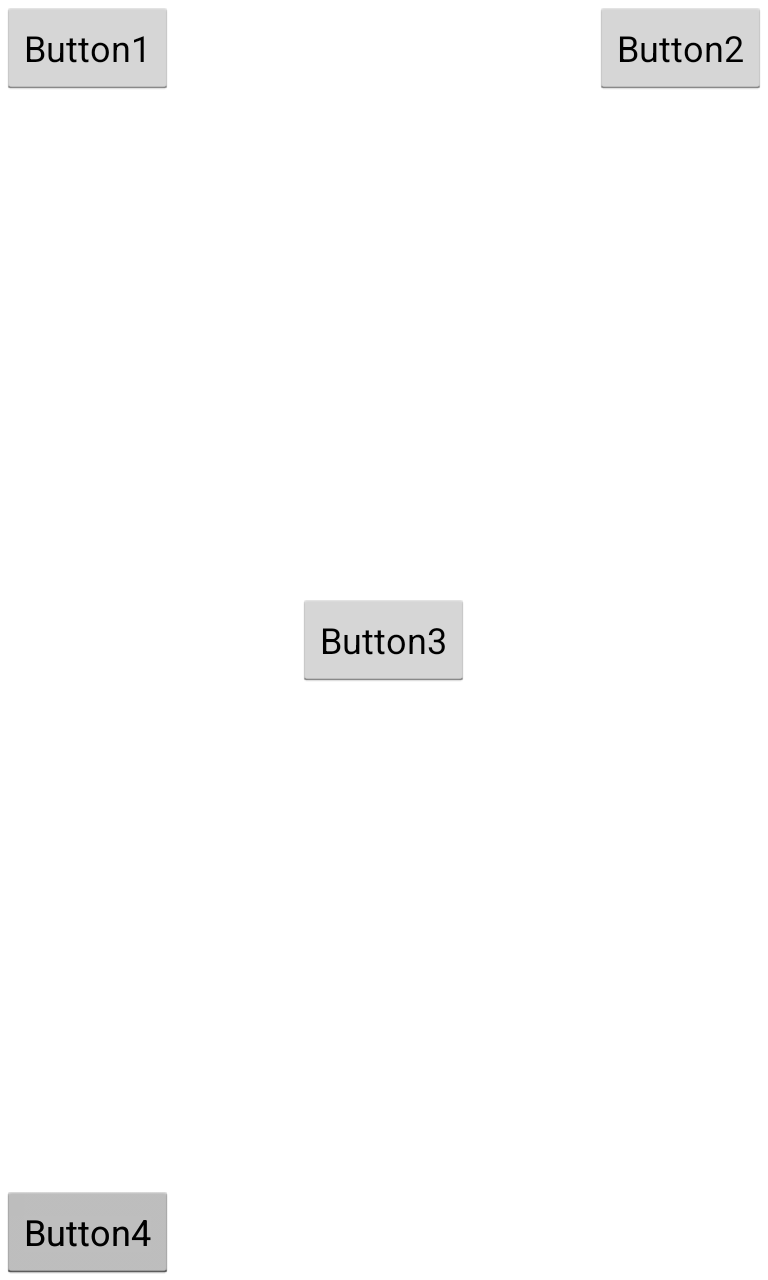
Repository: jinpp/Android
Layout: UILayoutTest/res/layout/relativelayout.xml
These files come from the project's save history. The layout is drawn as it stood at one moment and after the next save; the edit follows.
It is drawn on a 768 x 1280 px phone screen (xhdpi) without system bars, with theme AppTheme; the app's code is not run.

Above is the layout before, as saved 2016-11-16 07:58:21.

After the next save:
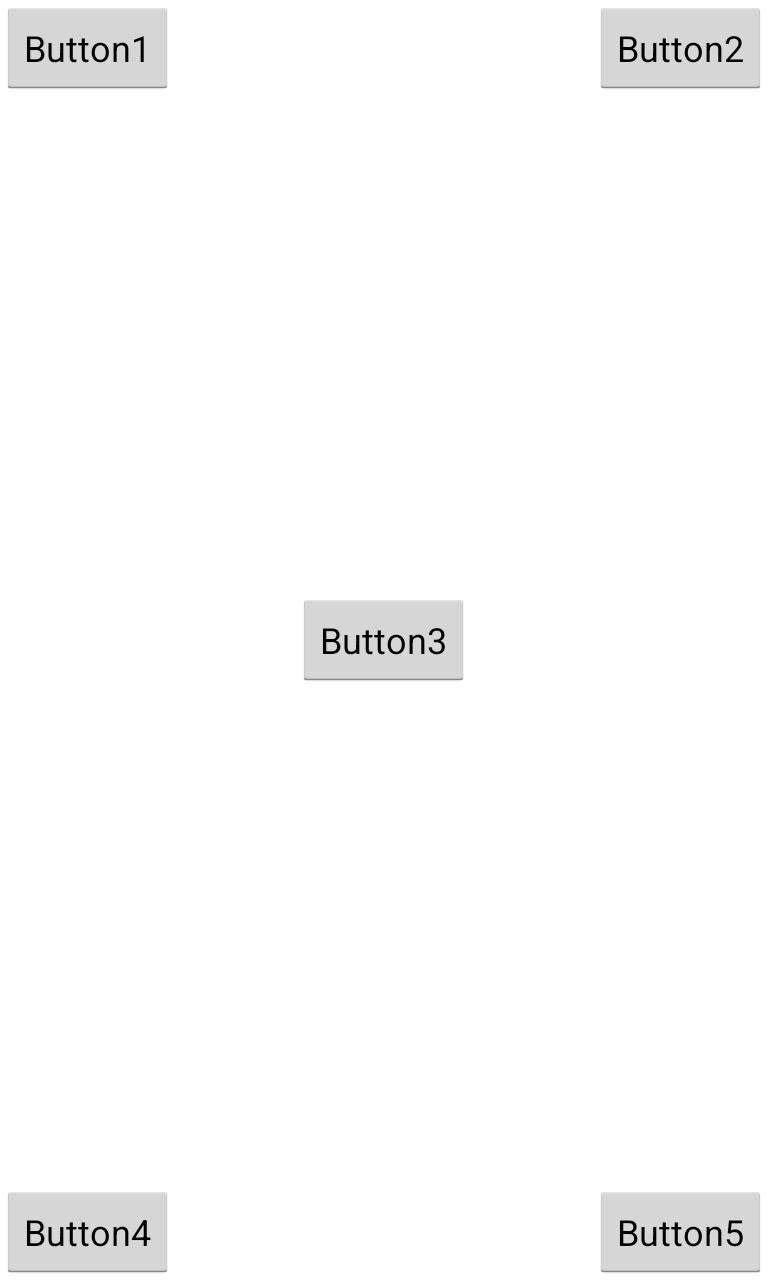
Saved 12 s later.
--- a/UILayoutTest/res/layout/relativelayout.xml
+++ b/UILayoutTest/res/layout/relativelayout.xml
@@ -31,10 +31,10 @@
         android:layout_alignParentBottom="true"
         android:text="Button4" />
        <Button
-        android:id="@+id/button4"
+        android:id="@+id/button5"
         android:layout_width="wrap_content"
         android:layout_height="wrap_content"
-        android:layout_alignParentLeft="true"
+        android:layout_alignParentRight="true"
         android:layout_alignParentBottom="true"
-        android:text="Button4" />
+        android:text="Button5" />
 </RelativeLayout>
